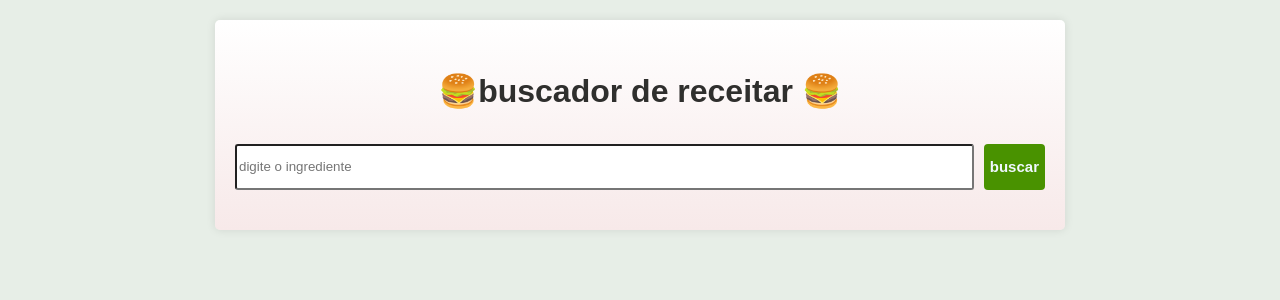
Repository: RoneT9/Receitas
Page: receita.html
An editor plug-in stored every save of this project. The page is shown before and after the next save, followed by the edit.
The browser window is 1280 px wide. The pictures show the whole page.

Above is the page before, as saved 2026-02-09 22:42:28.

### receita.html
<!doctype html>
<html lang="en">
  <head>
    <meta charset="UTF-8" />
    <meta name="viewport" content="width=device-width, initial-scale=1.0" />
    <link rel="stylesheet" href="receita.css" />
    <title>Document</title>
  </head>
  <body>
    <main class="container">
      <h1>buscador de receitar</h1>
      <form class="search-form">
        <input type="text" placeholder="digite o ingrediente" class="seach-ipunt" />
        <button class="btn" type="submit">buscar</button>
      </form>
      <div class="loading"></div>
      <div class="recipe-list"></div>
      <div class="recipe- details"></div>
    </main>
  </body>
  <script src="receita.js"></script>
</html>

### receita.css
body {
  margin: 0;
  padding: 20px;
  line-height: 1.9;
  font-family: sans-serif;
  background-color: rgb(231, 238, 231);
}

.container {
  width: 810px;
  background: linear-gradient(to top, rgb(247, 233, 233), white);
  margin: 0 auto;
  padding: 20px;
  box-shadow: 0 0 10px rgba(0, 0, 0, 0.1);
  border-radius: 5px;
}

h1 {
  color: rgb(47, 47, 45);
  text-align: center;
}

.search-form {
  display: flex;
  gap: 10px;
  margin-bottom: 20px;
}

.seach-ipunt {
  flex: 1;
  height: 28px;
  outline: none;
  border-radius: 3px;
  height: 40px;
}

.seach-ipunt:focus {
  background-color: rgb(221, 219, 217);
}

.btn {
  padding: 10px 20;
  background-color: rgb(73, 146, 0);
  cursor: pointer;
  border-radius: 4px;
  border: none;
  color: aliceblue;
  font-weight: 600;
  font-size: 15px;
  transition: 0.5s ease-out;
}

.btn:hover {
  background-color: rgb(94, 173, 14);
}

.btn:active {
  transform: scaleX(1.2);
}

h1::before {
  content: "🍔";
  color: brown;
}

h1::after {
  content: " 🍔";
  color: brown;
  object-fit: fill;
}

.recipe-card {
  border: 1px solid #decfcf;
  border-radius: 5px;
  text-align: center;
  cursor: pointer;
  transition: 0.05s;
  width: 400px;
}

.recipe-card img {
  margin: 30px;
  height: 200px;
  width: 250px;
  object-fit: cover;
  border-radius: 5px;
  box-shadow: 0 0 10px rgba(0, 0, 0, 0.1);
  transition: 02s;
}

img:hover {
  transform: scaleX(1.1);
  transform: scaleY(1.1);
}

.recipe-list {
  display: grid;
  grid-template-columns: repeat(auto-fill, minmax(200px, 1fr));
  gap: 3px;
}

### receita.js
//ALGORITMOS

//Saber quando o usuario clicou na receita
//Busca informaçães da receita individual na API
//Colocar a receita individualna tela

//Pegar a informação do input , quando o botão for clicado
const input = document.querySelector(".seach-ipunt");
const form = document.querySelector(".search-form");
const recipelist = document.querySelector(".recipe-list");

form.addEventListener("submit", (e) => {
  e.preventDefault();
  const inputValue = e.target[0].value;
  seachRecipes(inputValue);
});

//Ir ate a API , trazer as receitas
async function seachRecipes(ingredient) {
  const response = await fetch(`https://www.themealdb.com/api/json/v1/1/filter.php?i=${ingredient}`);
  const data = await response.json();
  showRecipe(data.meals);
}

//Colocar as receitas na tela
function showRecipe(recipes) {
  recipelist.innerHTML = recipes
    .map(
      (item) =>
        `
    <div class ="recipe-card">
    <img src = "${item.strMealThumb}" alt = "recipe-photo">
    <h3>${item.strMeal}</h3>
    </div>
    <br/>
    `,
    )
    .join("");
}

After the next save:
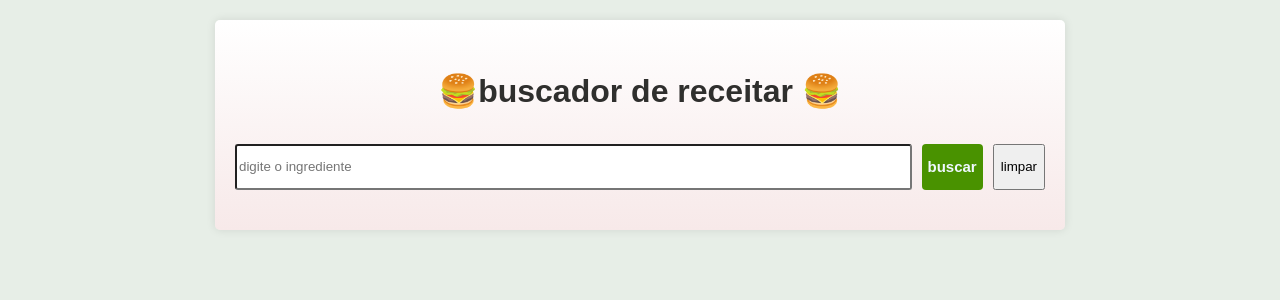
Saved 4 min 14 s later.
--- a/receita.html
+++ b/receita.html
@@ -12,6 +12,7 @@
       <form class="search-form">
         <input type="text" placeholder="digite o ingrediente" class="seach-ipunt" />
         <button class="btn" type="submit">buscar</button>
+        <button class="btn1" type="button">limpar</button>
       </form>
       <div class="loading"></div>
       <div class="recipe-list"></div>

After the save that followed:
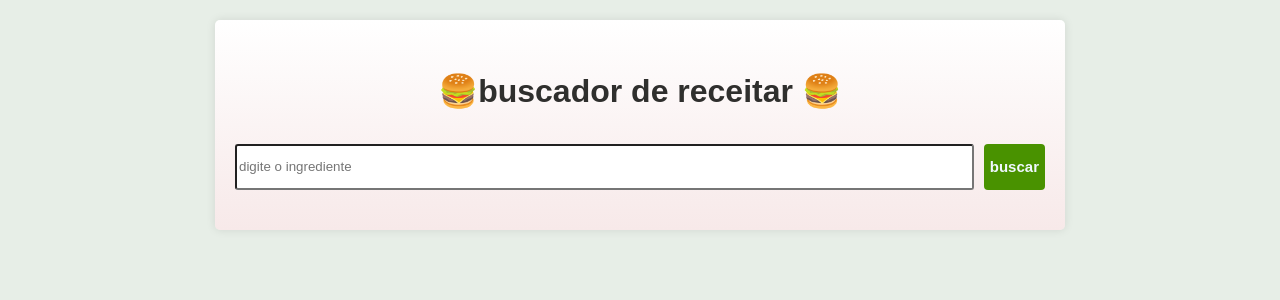
Saved 65 s later.
--- a/receita.html
+++ b/receita.html
@@ -12,7 +12,6 @@
       <form class="search-form">
         <input type="text" placeholder="digite o ingrediente" class="seach-ipunt" />
         <button class="btn" type="submit">buscar</button>
-        <button class="btn1" type="button">limpar</button>
       </form>
       <div class="loading"></div>
       <div class="recipe-list"></div>
